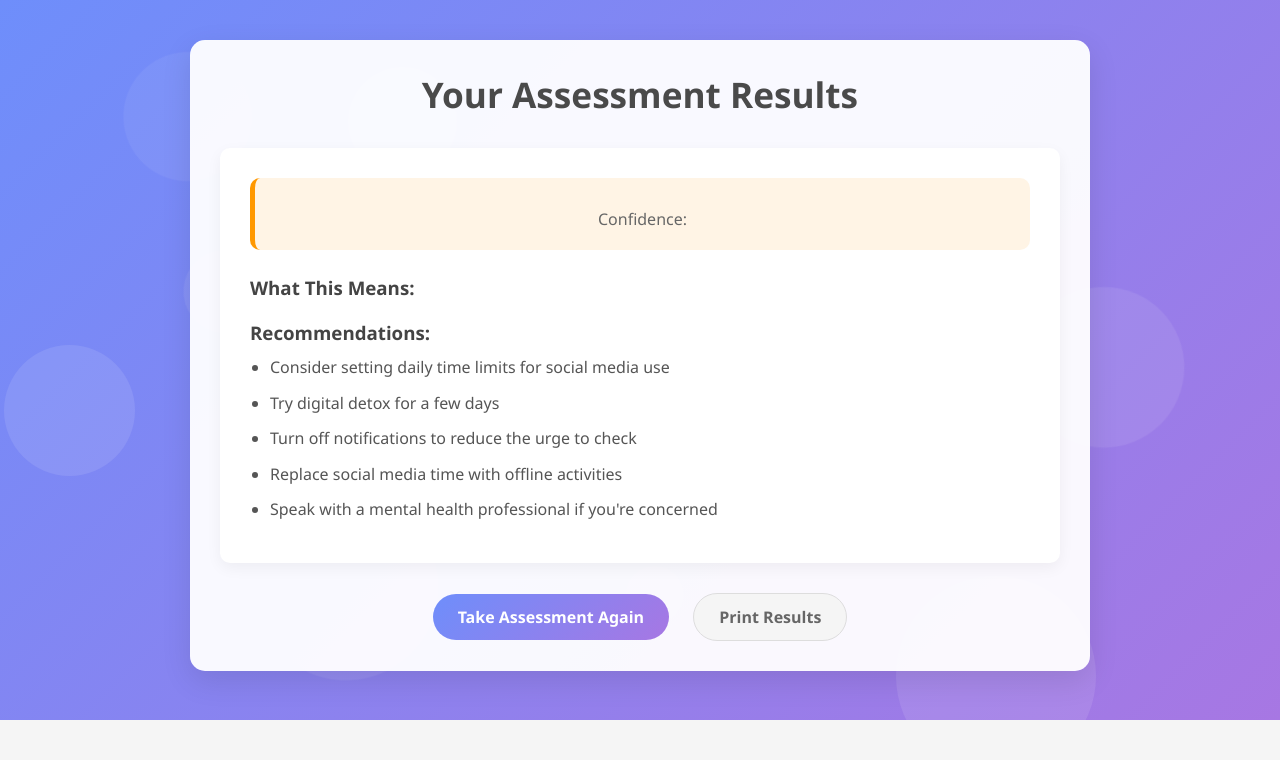
Repository: TasnimulIntazamAsif/Mental_Health_Prediction
Page: templates/result.html
The author's editor kept a copy of each file at every save. The page is drawn from the files as they stood at one save, then again after the next save.
The browser window is 1280 px wide. The pictures show the whole page.
The page is served by the project's application, run on Flask 3 (app.py). The template is opened directly, without the code that normally fills it, so the values that code supplies are empty.

Above is the page before, as saved 2025-05-08 08:16:03.

After the next save:
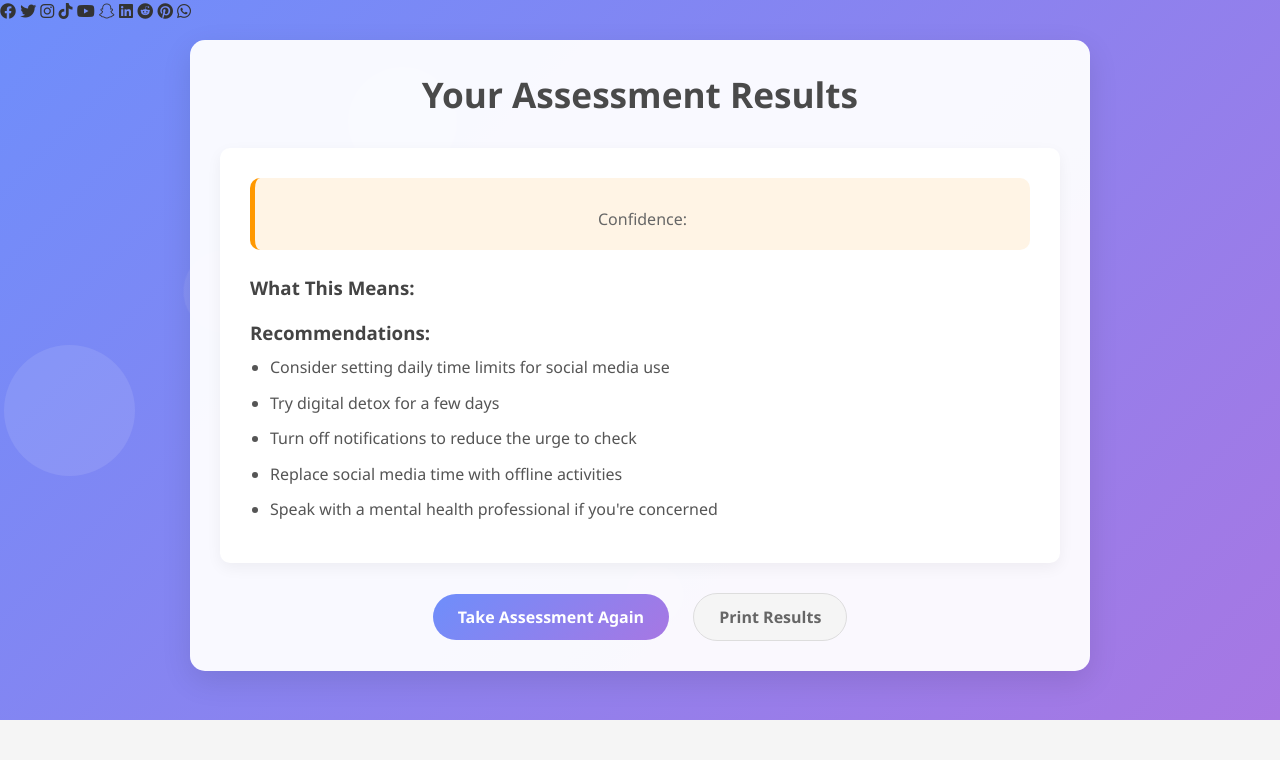
Saved 26 s later.
--- a/templates/result.html
+++ b/templates/result.html
@@ -5,14 +5,23 @@
     <meta name="viewport" content="width=device-width, initial-scale=1.0">
     <title>Assessment Result | Social Media Mental Health</title>
     <link rel="stylesheet" href="{{ url_for('static', filename='style.css') }}">
+    <link rel="stylesheet" href="https://cdnjs.cloudflare.com/ajax/libs/font-awesome/6.4.0/css/all.min.css">
 </head>
 <body>
     <div class="animated-background">
-        <div class="animated-box"></div>
-        <div class="animated-box"></div>
-        <div class="animated-box"></div>
-        <div class="animated-box"></div>
-        <div class="animated-box"></div>
+        <div class="social-icons">
+            <i class="fab fa-facebook"></i>
+            <i class="fab fa-twitter"></i>
+            <i class="fab fa-instagram"></i>
+            <i class="fab fa-tiktok"></i>
+            <i class="fab fa-youtube"></i>
+            <i class="fab fa-snapchat"></i>
+            <i class="fab fa-linkedin"></i>
+            <i class="fab fa-reddit"></i>
+            <i class="fab fa-pinterest"></i>
+            <i class="fab fa-whatsapp"></i>
+        </div>
+        <div class="animated-waves"></div>
     </div>
 
     <div class="container result-container">
@@ -57,7 +66,7 @@
         </div>
 
         <div class="action-buttons">
-            <a href="/" class="btn-primary">Take Assessment Again</a>
+            <a href="/" class="btn-primary pulse-effect">Take Assessment Again</a>
             <a href="#" class="btn-secondary" id="printResult">Print Results</a>
         </div>
     </div>
